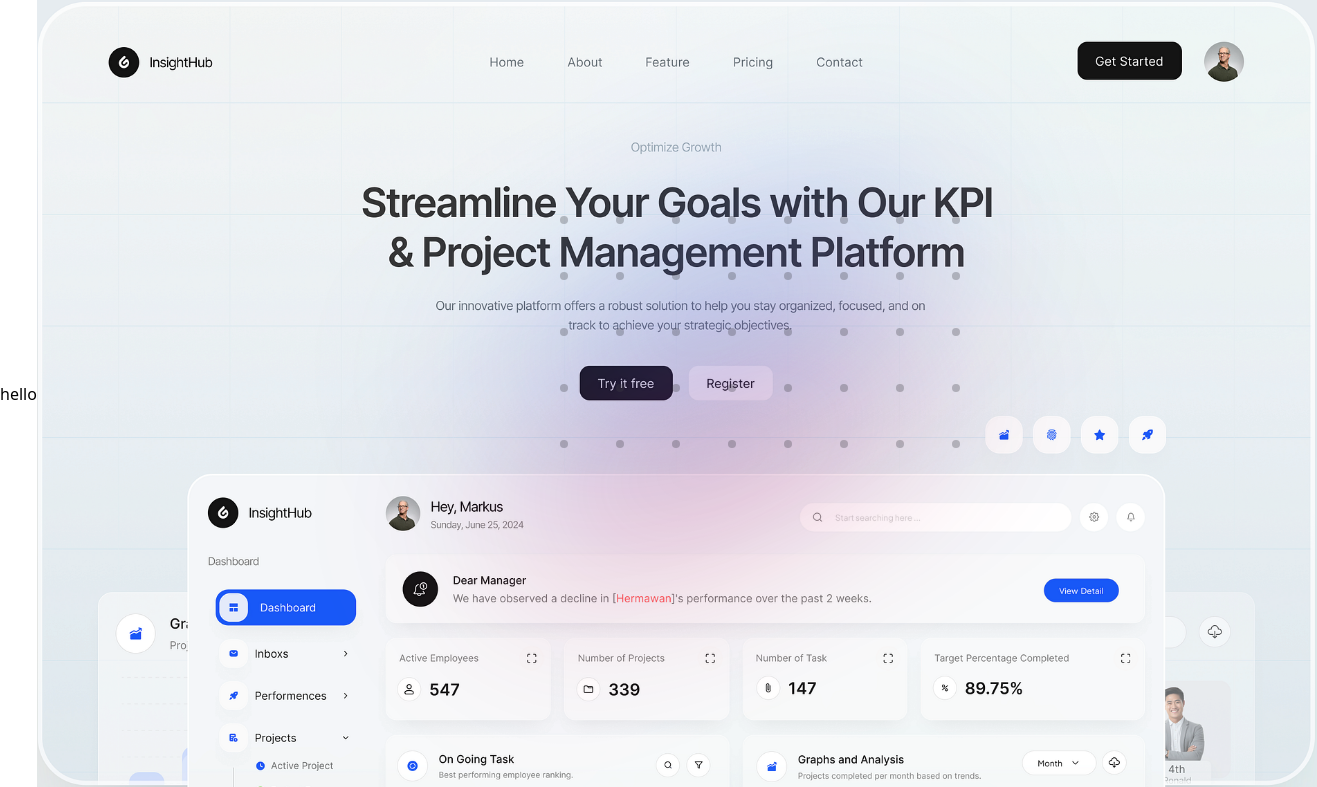
Repository: 30namp/youtube-web-art-code
Page: stunning landing page 1/index.html
The author's editor kept a copy of each file at every save. The page is drawn from the files as they stood at one save, then again after the next save.
The browser window is 1280 px wide. The page is 1317 px wide, then 1280 px, so the pictures cover 1317 px, including what lies to the right of the window. The pictures show the whole page.

Above is the page before, as saved 2024-09-26 18:26:07.

### stunning landing page 1/index.html
<!DOCTYPE html>
<html lang="en">
  <head>
    <meta charset="UTF-8" />
    <meta name="viewport" content="width=device-width, initial-scale=1.0" />
    <title>WebArt Design</title>
    <script src="./tailwindcss.min.js"></script>
  </head>
  <body class="min-h-screen">
    <div
      class="absolute right-[25%] top-[60%] h-12 w-[30rem] rounded-[100%] rotate-[-25deg] bg-pink-700 blur-[6rem]"
    ></div>
    <div
      class="absolute right-[25%] top-[40%] h-12 w-[30rem] rounded-[100%] rotate-[-25deg] bg-blue-700 blur-[6rem]"
    ></div>
    <div class="grid grid-cols-8 gap-12 absolute right-[25%] top-[30%]">
      <div class="rounded-full bg-zinc-700/30 size-2 shadow-lg"></div>
      <div class="rounded-full bg-zinc-700/30 size-2 shadow-lg"></div>
      <div class="rounded-full bg-zinc-700/30 size-2 shadow-lg"></div>
      <div class="rounded-full bg-zinc-700/30 size-2 shadow-lg"></div>
      <div class="rounded-full bg-zinc-700/30 size-2 shadow-lg"></div>
      <div class="rounded-full bg-zinc-700/30 size-2 shadow-lg"></div>
      <div class="rounded-full bg-zinc-700/30 size-2 shadow-lg"></div>
      <div class="rounded-full bg-zinc-700/30 size-2 shadow-lg"></div>
      <div class="rounded-full bg-zinc-700/30 size-2 shadow-lg"></div>
      <div class="rounded-full bg-zinc-700/30 size-2 shadow-lg"></div>
      <div class="rounded-full bg-zinc-700/30 size-2 shadow-lg"></div>
      <div class="rounded-full bg-zinc-700/30 size-2 shadow-lg"></div>
      <div class="rounded-full bg-zinc-700/30 size-2 shadow-lg"></div>
      <div class="rounded-full bg-zinc-700/30 size-2 shadow-lg"></div>
      <div class="rounded-full bg-zinc-700/30 size-2 shadow-lg"></div>
      <div class="rounded-full bg-zinc-700/30 size-2 shadow-lg"></div>
      <div class="rounded-full bg-zinc-700/30 size-2 shadow-lg"></div>
      <div class="rounded-full bg-zinc-700/30 size-2 shadow-lg"></div>
      <div class="rounded-full bg-zinc-700/30 size-2 shadow-lg"></div>
      <div class="rounded-full bg-zinc-700/30 size-2 shadow-lg"></div>
      <div class="rounded-full bg-zinc-700/30 size-2 shadow-lg"></div>
      <div class="rounded-full bg-zinc-700/30 size-2 shadow-lg"></div>
      <div class="rounded-full bg-zinc-700/30 size-2 shadow-lg"></div>
      <div class="rounded-full bg-zinc-700/30 size-2 shadow-lg"></div>
      <div class="rounded-full bg-zinc-700/30 size-2 shadow-lg"></div>
      <div class="rounded-full bg-zinc-700/30 size-2 shadow-lg"></div>
      <div class="rounded-full bg-zinc-700/30 size-2 shadow-lg"></div>
      <div class="rounded-full bg-zinc-700/30 size-2 shadow-lg"></div>
      <div class="rounded-full bg-zinc-700/30 size-2 shadow-lg"></div>
      <div class="rounded-full bg-zinc-700/30 size-2 shadow-lg"></div>
      <div class="rounded-full bg-zinc-700/30 size-2 shadow-lg"></div>
      <div class="rounded-full bg-zinc-700/30 size-2 shadow-lg"></div>
      <div class="rounded-full bg-zinc-700/30 size-2 shadow-lg"></div>
      <div class="rounded-full bg-zinc-700/30 size-2 shadow-lg"></div>
      <div class="rounded-full bg-zinc-700/30 size-2 shadow-lg"></div>
      <div class="rounded-full bg-zinc-700/30 size-2 shadow-lg"></div>
      <div class="rounded-full bg-zinc-700/30 size-2 shadow-lg"></div>
      <div class="rounded-full bg-zinc-700/30 size-2 shadow-lg"></div>
      <div class="rounded-full bg-zinc-700/30 size-2 shadow-lg"></div>
      <div class="rounded-full bg-zinc-700/30 size-2 shadow-lg"></div>
    </div>

    <div class="hero-section flex justify-evenly items-center">
      <div class="content">hello</div>
      <img src="./img.png" alt="" />
    </div>
  </body>
</html>

Loaded but not shown: stunning landing page 1/tailwindcss.min.js (library)

After the next save:
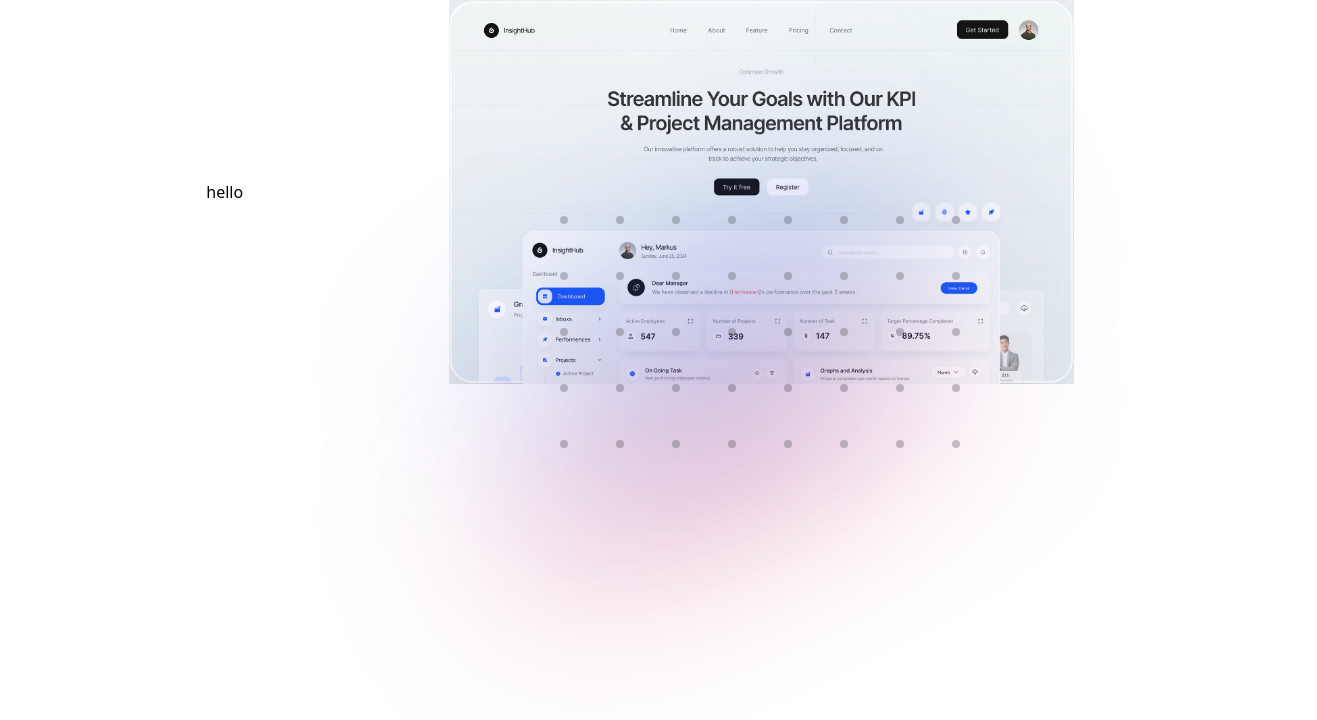
Saved 17 s later.
--- a/stunning landing page 1/index.html
+++ b/stunning landing page 1/index.html
@@ -58,7 +58,7 @@
 
     <div class="hero-section flex justify-evenly items-center">
       <div class="content">hello</div>
-      <img src="./img.png" alt="" />
+      <img class="h-96" src="./img.png" alt="" />
     </div>
   </body>
 </html>
